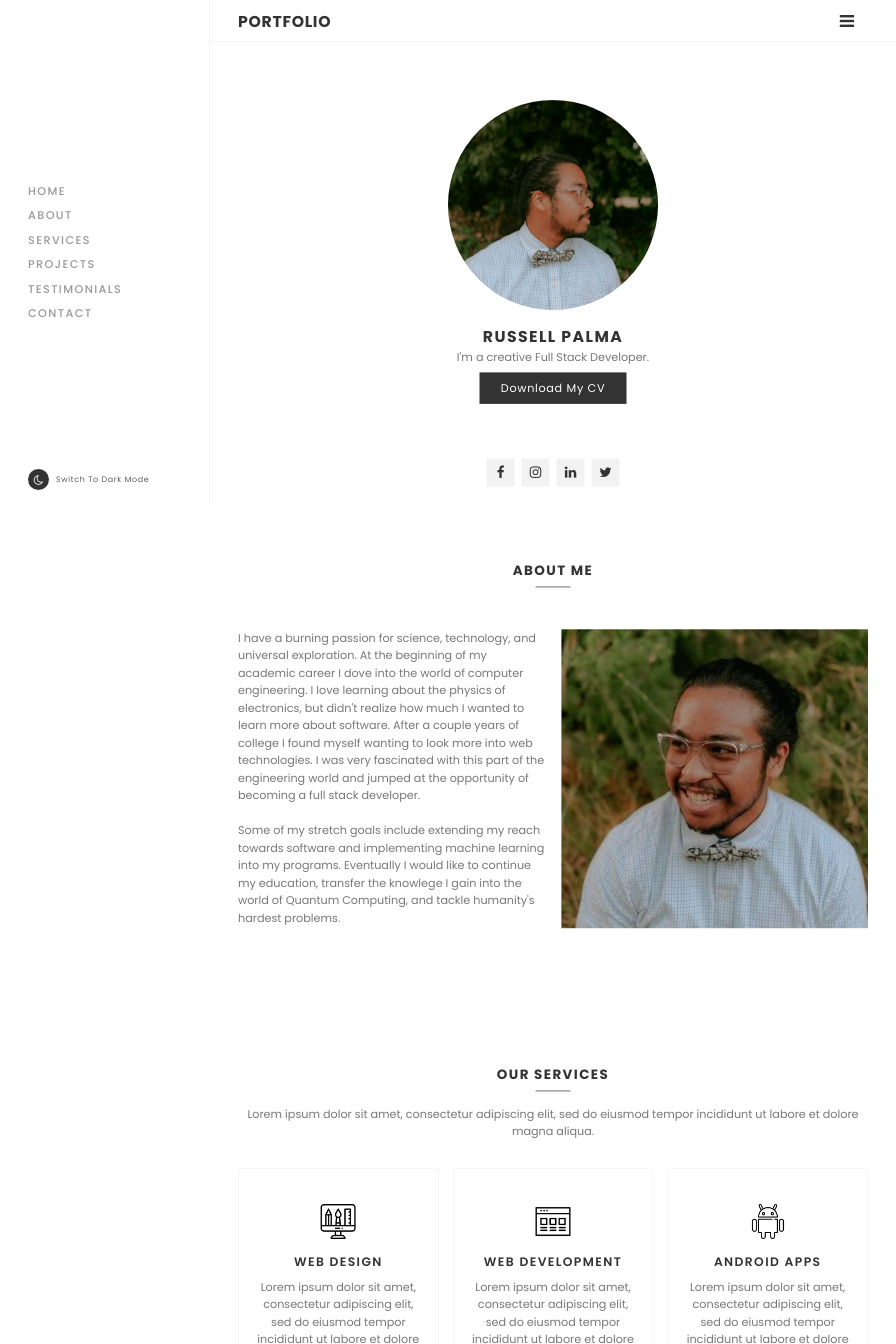
Repository: RussPalms/portforlio-1
Page: index.html
These files come from the project's save history. The page is drawn as it stood at one moment and after the next save; the edit follows.
The browser window is 1280 px wide. The pictures show the part of the page from y = 0 to 1920 px (the page is 5693 px tall), at 70% of full size.

Above is the page before, as saved 2021-11-28 16:12:41.

### index.html
<!DOCTYPE html>
<html>
	<head>
		<meta name="viewport" content="width=device-width, initial-scale=1.0" />
		<title>Complete Responsive Portfolio Website</title>
		<link
			rel="stylesheet"
			href="https://cdnjs.cloudflare.com/ajax/libs/font-awesome/4.7.0/css/font-awesome.css"
			integrity="sha512-5A8nwdMOWrSz20fDsjczgUidUBR8liPYU+WymTZP1lmY9G6Oc7HlZv156XqnsgNUzTyMefFTcsFH/tnJE/+xBg=="
			crossorigin="anonymous"
			referrerpolicy="no-referrer"
		/>
		<link rel="stylesheet" type="text/css" href="style.css" />
	</head>
	<body>
		<div class="container">
			<div class="navigation">
				<ul>
					<li><a href="#banner" onclick="toggleMenu();">Home</a></li>
					<li><a href="#about" onclick="toggleMenu();">About</a></li>
					<li><a href="#services" onclick="toggleMenu();">Services</a></li>
					<li><a href="#projects" onclick="toggleMenu();">Projects</a></li>
					<li><a href="#testimonials" onclick="toggleMenu();">Testimonials</a></li>
					<li><a href="#contact" onclick="toggleMenu();">Contact</a></li>
				</ul>
				<div class="themeSwitch"></div>
			</div>
			<div class="main">
				<div class="topbar">
					<a href="#" class="logo">Portfolio</a>
					<div class="toggle">
						<i class="fa fa-bars" aria-hidden="true"></i>
					</div>
				</div>

				<section class="banner" id="banner">
					<div class="content">
						<div class="imgBx">
							<img src="images/user.jpeg" />
						</div>
						<h3>Russell Palma</h3>
						<p>I'm a creative Full Stack Developer.</p>
						<a href="resume/index.html" class="btn"
							>Download My CV</a
						>
						<ul class="socialMedia">
							<li>
								<a href="#"
									><i
										class="fa fa-facebook"
										aria-hidden="true"
									></i
								></a>
							</li>
							<li>
								<a href="#"
									><i
										class="fa fa-instagram"
										aria-hidden="true"
									></i
								></a>
							</li>
							<li>
								<a href="#"
									><i
										class="fa fa-linkedin"
										aria-hidden="true"
									></i
								></a>
							</li>
							<li>
								<a href="#"
									><i
										class="fa fa-twitter"
										aria-hidden="true"
									></i
								></a>
							</li>
						</ul>
					</div>
				</section>

				<section class="about adjust" id="about">
					<div class="title">
						<h2>About Me</h2>
					</div>
					<div class="content">
						<div class="textBox">
							<p>
								I have a burning passion for science,
								technology, and universal exploration. At the beginning of my academic career I
								dove into the world of computer engineering. I
								love learning about the physics of electronics,
								but didn't realize how much I wanted to learn
								more about software. After a couple years of
								college I found myself wanting to look more into web
								technologies. I was very fascinated with this
								part of the engineering world and jumped at the
								opportunity of becoming a full stack developer.
								<br /><br />Some of my stretch goals include
								extending my reach towards software and implementing
								machine learning into my programs. Eventually I
								would like to continue my education, transfer
								the knowlege I gain into the world of Quantum
								Computing, and tackle humanity's hardest
								problems.
							</p>
						</div>
						<div class="imgBc">
							<img src="resume/me.jpg" />
						</div>
					</div>
				</section>

				<section class="services adjust" id="services">
					<div class="title">
						<h2>Our Services</h2>
						<p>
							Lorem ipsum dolor sit amet, consectetur adipiscing
							elit, sed do eiusmod tempor incididunt ut labore et
							dolore magna aliqua.
						</p>
					</div>
					<div class="content">
						<div class="serviceBox">
							<img src="images/icon1.png" />
							<h2>Web Design</h2>
							<p>
								Lorem ipsum dolor sit amet, consectetur
								adipiscing elit, sed do eiusmod tempor
								incididunt ut labore et dolore magna aliqua.
								Fusce id velit ut tortor.
							</p>
						</div>
						<div class="serviceBox">
							<img src="images/icon2.png" />
							<h2>Web Development</h2>
							<p>
								Lorem ipsum dolor sit amet, consectetur
								adipiscing elit, sed do eiusmod tempor
								incididunt ut labore et dolore magna aliqua.
								Fusce id velit ut tortor.
							</p>
						</div>
						<div class="serviceBox">
							<img src="images/icon3.png" />
							<h2>Android Apps</h2>
							<p>
								Lorem ipsum dolor sit amet, consectetur
								adipiscing elit, sed do eiusmod tempor
								incididunt ut labore et dolore magna aliqua.
								Fusce id velit ut tortor.
							</p>
						</div>
						<div class="serviceBox">
							<img src="images/icon4.png" />
							<h2>Photography</h2>
							<p>
								Lorem ipsum dolor sit amet, consectetur
								adipiscing elit, sed do eiusmod tempor
								incididunt ut labore et dolore magna aliqua.
								Fusce id velit ut tortor.
							</p>
						</div>
						<div class="serviceBox">
							<img src="images/icon5.png" />
							<h2>Content Writing</h2>
							<p>
								Lorem ipsum dolor sit amet, consectetur
								adipiscing elit, sed do eiusmod tempor
								incididunt ut labore et dolore magna aliqua.
								Fusce id velit ut tortor.
							</p>
						</div>
						<div class="serviceBox">
							<img src="images/icon6.png" />
							<h2>Video Editing</h2>
							<p>
								Lorem ipsum dolor sit amet, consectetur
								adipiscing elit, sed do eiusmod tempor
								incididunt ut labore et dolore magna aliqua.
								Fusce id velit ut tortor.
							</p>
						</div>
					</div>
				</section>

				<section class="projects adjust" id="projects">
					<div class="title">
						<h2>Recent Work</h2>
						<p>
							Lorem ipsum dolor sit amet, consectetur adipiscing
							elit, sed do eiusmod tempor incididunt ut labore et
							dolore magna aliqua.
						</p>
					</div>
					<div class="content">
						<div class="workBx">
							<div class="imgBx">
								<img src="images/img1.jpg" />
							</div>
							<div class="textBx">
								<h3>Project 1</h3>
							</div>
						</div>
						<div class="workBx">
							<div class="imgBx">
								<img src="images/img2.jpg" />
							</div>
							<div class="textBx">
								<h3>Project 2</h3>
							</div>
						</div>
						<div class="workBx">
							<div class="imgBx">
								<img src="images/img3.jpg" />
							</div>
							<div class="textBx">
								<h3>Project 3</h3>
							</div>
						</div>
						<div class="workBx">
							<div class="imgBx">
								<img src="images/img4.jpg" />
							</div>
							<div class="textBx">
								<h3>Project 4</h3>
							</div>
						</div>
						<div class="workBx">
							<div class="imgBx">
								<img src="images/img5.jpg" />
							</div>
							<div class="textBx">
								<h3>Project 5</h3>
							</div>
						</div>
						<div class="workBx">
							<div class="imgBx">
								<img src="images/img6.jpg" />
							</div>
							<div class="textBx">
								<h3>Project 6</h3>
							</div>
						</div>
						<div class="workBx">
							<div class="imgBx">
								<img src="images/img7.jpg" />
							</div>
							<div class="textBx">
								<h3>Project 7</h3>
							</div>
						</div>
						<div class="workBx">
							<div class="imgBx">
								<img src="images/img8.jpg" />
							</div>
							<div class="textBx">
								<h3>Project 8</h3>
							</div>
						</div>
						<div class="workBx">
							<div class="imgBx">
								<img src="images/img9.jpg" />
							</div>
							<div class="textBx">
								<h3>Project 9</h3>
							</div>
						</div>
					</div>
				</section>

				<section class="testimonials adjust" id="testimonials">
					<div class="title">
						<h2>Testimonials</h2>
						<p>
							Lorem ipsum dolor sit amet, consectetur adipiscing
							elit, sed do eiusmod tempor incididunt ut labore et
							dolore magna aliqua.
						</p>
					</div>
					<div class="content">
						<div class="testimonialsBox">
							<div class="imgBx">
								<img src="images/user1.jpg" />
							</div>
							<p>
								Tortor condimentum lacinia quis vel eros. Sed
								euismod nisi porta lorem mollis aliquam ut
								porttitor leo. Sed euismod nisi porta lorem.
								Justo laoreet sit amet cursus sit amet dictum
								sit. Quam viverra orci sagittis eu volutpat odio
								facilisis mauris sit. Dui nunc mattis enim ut
								tellus elementum sagittis. Vitae nunc sed velit
								dignissim sodales. Massa sapien faucibus et
								molestie ac feugiat. Pulvinar sapien et ligula
								ullamcorper malesuada proin. Porttitor rhoncus
								dolor purus non enim praesent elementum
								facilisis leo.
							</p>
							<h4>
								Someone Famous<br /><span
									>Website Designer</span
								>
							</h4>
						</div>
						<div class="testimonialsBox">
							<div class="imgBx">
								<img src="images/user2.jpg" />
							</div>
							<p>
								Tortor condimentum lacinia quis vel eros. Sed
								euismod nisi porta lorem mollis aliquam ut
								porttitor leo. Sed euismod nisi porta lorem.
								Justo laoreet sit amet cursus sit amet dictum
								sit. Quam viverra orci sagittis eu volutpat odio
								facilisis mauris sit. Dui nunc mattis enim ut
								tellus elementum sagittis. Vitae nunc sed velit
								dignissim sodales. Massa sapien faucibus et
								molestie ac feugiat. Pulvinar sapien et ligula
								ullamcorper malesuada proin. Porttitor rhoncus
								dolor purus non enim praesent elementum
								facilisis leo.
							</p>
							<h4>
								Someone Famous<br /><span
									>Website Designer</span
								>
							</h4>
						</div>
						<div class="testimonialsBox">
							<div class="imgBx">
								<img src="images/user3.jpg" />
							</div>
							<p>
								Tortor condimentum lacinia quis vel eros. Sed
								euismod nisi porta lorem mollis aliquam ut
								porttitor leo. Sed euismod nisi porta lorem.
								Justo laoreet sit amet cursus sit amet dictum
								sit. Quam viverra orci sagittis eu volutpat odio
								facilisis mauris sit. Dui nunc mattis enim ut
								tellus elementum sagittis. Vitae nunc sed velit
								dignissim sodales. Massa sapien faucibus et
								molestie ac feugiat. Pulvinar sapien et ligula
								ullamcorper malesuada proin. Porttitor rhoncus
								dolor purus non enim praesent elementum
								facilisis leo.
							</p>
							<h4>
								Someone Famous<br /><span
									>Website Designer</span
								>
							</h4>
						</div>
						<div class="testimonialsBox">
							<div class="imgBx">
								<img src="images/user1.jpg" />
							</div>
							<p>
								Tortor condimentum lacinia quis vel eros. Sed
								euismod nisi porta lorem mollis aliquam ut
								porttitor leo. Sed euismod nisi porta lorem.
								Justo laoreet sit amet cursus sit amet dictum
								sit. Quam viverra orci sagittis eu volutpat odio
								facilisis mauris sit. Dui nunc mattis enim ut
								tellus elementum sagittis. Vitae nunc sed velit
								dignissim sodales. Massa sapien faucibus et
								molestie ac feugiat. Pulvinar sapien et ligula
								ullamcorper malesuada proin. Porttitor rhoncus
								dolor purus non enim praesent elementum
								facilisis leo.
							</p>
							<h4>
								Someone Famous<br /><span
									>Website Designer</span
								>
							</h4>
						</div>
					</div>
				</section>

				<section class="contact adjust" id="contact">
					<div class="title">
						<h2>Let's Say Hi</h2>
						<p>
							Gravida neque convallis a cras semper auctor neque
							vitae tempus.
						</p>
					</div>
					<div class="contactForm">
						<div class="row">
							<input
								type="text"
								name=""
								placeholder="first Name"
							/>
							<input
								type="text"
								name=""
								placeholder="Last Name"
							/>
						</div>
						<div class="row">
							<input
								type="text"
								name=""
								placeholder="Email address"
							/>
							<input
								type="text"
								name=""
								placeholder="Mobile No."
							/>
						</div>
						<div class="row2">
							<textarea placeholder="Message"></textarea>
						</div>
						<div class="row2">
							<input type="submit" value="Send" />
						</div>
					</div>
				</section>

                <div class="copyright">
                    <p>Copyright © 2021 PalmaView. All Rights Reserved.</p>
                <div>
			</div>
		</div>

		<script>
			let toggle = document.querySelector(".toggle");
			let topbar = document.querySelector(".topbar");
			let navigation = document.querySelector(".navigation");
			let main = document.querySelector(".main");
			let themeSwitch = document.querySelector(".themeSwitch");
			let body = document.querySelector("body");
			toggle.onclick = function () {
				toggle.classList.toggle("active");
				topbar.classList.toggle("active");
				navigation.classList.toggle("active");
				main.classList.toggle("active");
			};

			themeSwitch.onclick = function() {
				body.classList.toggle("dark");
			}

            function toggleMenu() {
                let navigation = document.querySelector(".navigation");
                let main = document.querySelector(".main");
                navigation.classList.remove("active");
				main.classList.remove("active");
            };
		</script>
	</body>
</html>

Loaded but not shown: style.css (674 lines, source omitted)

After the next save:
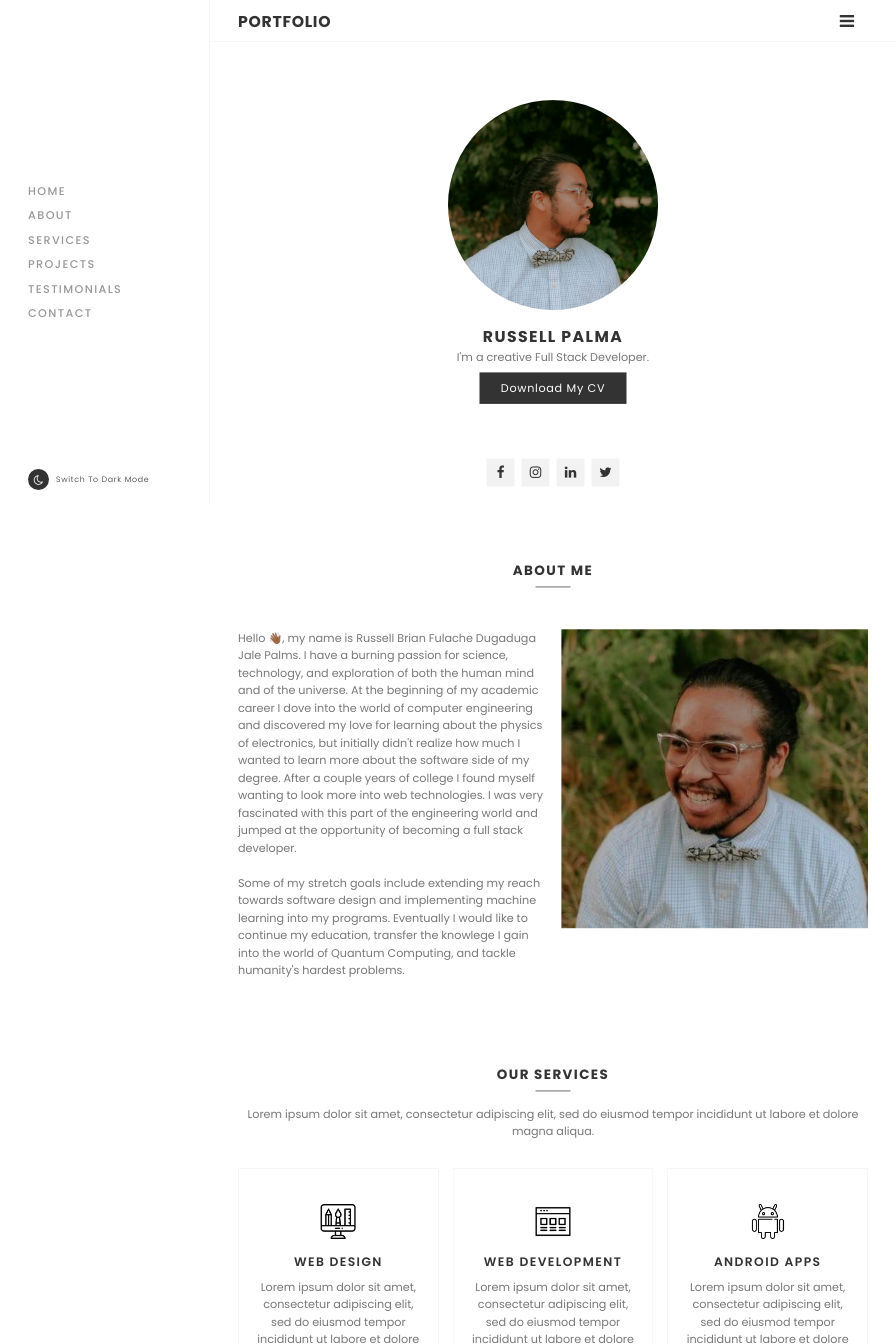
Saved 4 min 37 s later.
--- a/index.html
+++ b/index.html
@@ -87,18 +87,20 @@
 					<div class="content">
 						<div class="textBox">
 							<p>
+								Hello 👋🏾, my name is Russell Brian Fulache Dugaduga Jale Palms.
 								I have a burning passion for science,
-								technology, and universal exploration. At the beginning of my academic career I
-								dove into the world of computer engineering. I
-								love learning about the physics of electronics,
-								but didn't realize how much I wanted to learn
-								more about software. After a couple years of
+								technology, and exploration of both the human mind and of the universe.
+								At the beginning of my academic career I
+								dove into the world of computer engineering and discovered my love for
+								learning about the physics of electronics,
+								but initially didn't realize how much I wanted to learn
+								more about the software side of my degree. After a couple years of
 								college I found myself wanting to look more into web
 								technologies. I was very fascinated with this
 								part of the engineering world and jumped at the
 								opportunity of becoming a full stack developer.
 								<br /><br />Some of my stretch goals include
-								extending my reach towards software and implementing
+								extending my reach towards software design and implementing
 								machine learning into my programs. Eventually I
 								would like to continue my education, transfer
 								the knowlege I gain into the world of Quantum
